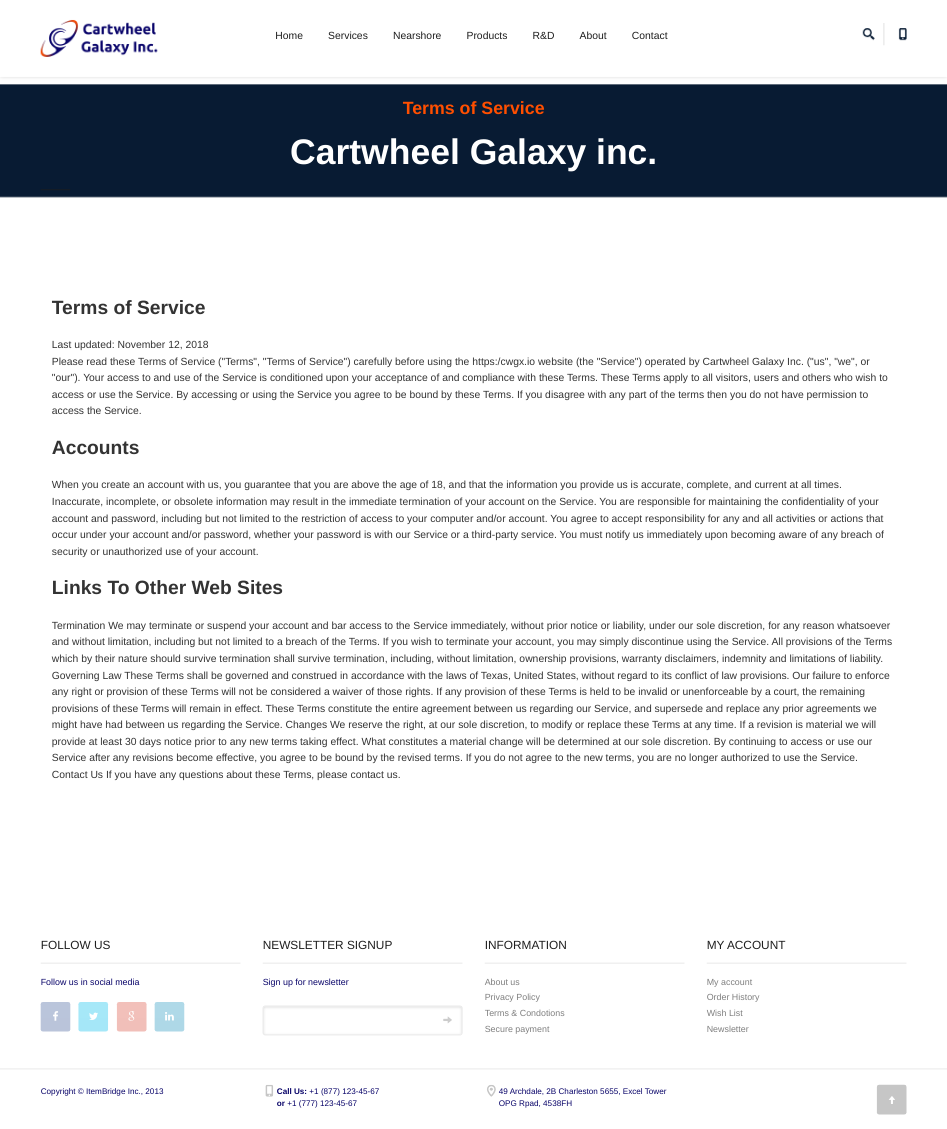
Repository: g-tecio/cwgx.io
Page: terms.html
The author's editor kept a record of every edit. The page is drawn from the files as they stood at one moment, then again after the next edit.
The browser window is 1280 px wide. The pictures show the whole page, at 74% of full size.

Above is the page before.

### terms.html
<!doctype html>
<html>
<head>
  <meta charset="utf-8">
  <title>Terms of Service</title>
  <meta name="keywords" content="HTML5 Template">
  <meta name="description" content="Progressive — Responsive Multipurpose HTML Template">
  <meta name="author" content="itembridge.com">
  <meta class="viewport" name="viewport" content="width=device-width, initial-scale=1.0">
  <meta http-equiv="X-UA-Compatible" content="IE=edge">

	<!-- Favicon -->
	<link rel="shortcut icon" href="img/favicon.png">

	<!-- Font -->
	<link rel='stylesheet' href='http://fonts.googleapis.com/css?family=Arimo:400,700,400italic,700italic'>

	<!-- Plugins CSS -->
	<link rel="stylesheet" href="css/bootstrap.css">
	<link rel="stylesheet" href="css/font-awesome.min.css">
	<link rel="stylesheet" href="css/jslider.css">
	<link rel="stylesheet" href="css/revslider/settings.css">
	<link rel="stylesheet" href="css/jquery.fancybox.css">
	<link rel="stylesheet" href="css/animate.css">
	<link rel="stylesheet" href="css/video-js.min.css">
	<link rel="stylesheet" href="css/morris.css">
	<link rel="stylesheet" href="css/royalslider/royalslider.css">
	<link rel="stylesheet" href="css/royalslider/skins/minimal-white/rs-minimal-white.css">
	<link rel="stylesheet" href="css/layerslider/css/layerslider.css">
	<link rel="stylesheet" href="css/ladda.min.css">
	<link rel="stylesheet" href="css/datepicker.css">
	<link rel="stylesheet" href="css/jquery.scrollbar.css">

	<!-- Theme CSS -->
	<link rel="stylesheet" href="css/style.css">

	<!-- Custom CSS -->
	<link rel="stylesheet" href="css/customizer/pages.css">
	<link rel="stylesheet" href="css/customizer/pages-pages-customizer.css">

	<!-- IE Styles-->
	<link rel='stylesheet' href="css/ie/ie.css">

	<!--[if lt IE 9]>
    <script src="https://oss.maxcdn.com/libs/html5shiv/3.7.0/html5shiv.js"></script>
    <script src="https://oss.maxcdn.com/libs/respond.js/1.4.2/respond.min.js"></script>
		<link rel='stylesheet' href="css/ie/ie8.css">
  <![endif]-->
</head>

<body class="fixed-header">
	<div class="page-box">
		<div class="page-box-content">

			<header class="header header-two">
				<div class="header-wrapper">
					<div class="container">
						<div class="row">
							<div class="col-xs-6 col-md-2 col-lg-3 logo-box">
								<div class="logo">
									<a href="index.html">
			    <img src="img/cwgx40.png" class="logo-img" alt="">
			</a>
								</div>
							</div>
							<!-- .logo-box -->
							<div class="col-xs-6 col-md-10 col-lg-9 right-box">
								<div class="right-box-wrapper">
									<div class="header-icons">
										<div class="search-header hidden-600">
											<a href="#">
				  <svg x="0" y="0" width="16px" height="16px" viewBox="0 0 16 16" enable-background="new 0 0 16 16" xml:space="preserve">
					<path d="M12.001,10l-0.5,0.5l-0.79-0.79c0.806-1.021,1.29-2.308,1.29-3.71c0-3.313-2.687-6-6-6C2.687,0,0,2.687,0,6
					s2.687,6,6,6c1.402,0,2.688-0.484,3.71-1.29l0.79,0.79l-0.5,0.5l4,4l2-2L12.001,10z M6,10c-2.206,0-4-1.794-4-4s1.794-4,4-4
					s4,1.794,4,4S8.206,10,6,10z"></path>
					<image src="img/png-icons/search-icon.png" alt="" width="16" height="16" style="vertical-align: top;">
				  </svg>
				</a>
										</div>
										<!-- .search-header

			  -->
										<div class="phone-header hidden-600">
											<a href="#">
				  <svg x="0" y="0" width="16px" height="16px" viewBox="0 0 16 16" enable-background="new 0 0 16 16" xml:space="preserve">
					<path d="M11.001,0H5C3.896,0,3,0.896,3,2c0,0.273,0,11.727,0,12c0,1.104,0.896,2,2,2h6c1.104,0,2-0.896,2-2
					c0-0.273,0-11.727,0-12C13.001,0.896,12.105,0,11.001,0z M8,15c-0.552,0-1-0.447-1-1s0.448-1,1-1s1,0.447,1,1S8.553,15,8,15z
					M11.001,12H5V2h6V12z"></path>
					<image src="img/png-icons/phone-icon.png" alt="" width="16" height="16" style="vertical-align: top;">
				  </svg>
				</a>
										</div>
										<!-- .phone-header -->
									</div>
									<!-- .header-icons -->

									<div class="primary">
										<div class="navbar navbar-default" role="navigation">
											<button type="button" class="navbar-toggle btn-navbar collapsed" data-toggle="collapse" data-target=".primary .navbar-collapse">
				  <span class="text">Menu</span>
				  <span class="icon-bar"></span>
				  <span class="icon-bar"></span>
				  <span class="icon-bar"></span>
				</button>
											<div class="primary">
												<nav class="collapse collapsing navbar-collapse">
													<ul class="nav navbar-nav navbar-center">
														<li class="parent item-primary item-bg">
															<a href="index_main.html">Home</a>
														</li>
														<li class="parent item-primary item-bg">
															<a href="services.html">Services</a>
														</li>
														<li class="parent item-primary item-bg">
															<a href="nearshore.html">Nearshore</a>
														</li>
														<li class="parent item-primary item-bg">
															<a href="products.html">Products</a>
														</li>
														<li class="parent item-primary item-bg">
															<a href="R&D.html">R&D</a>
														</li>
														<li class="parent item-primary item-bg">
															<a href="about-us.html">About</a>
														</li>
														<li class="parent item-primary item-bg">
															<a href="contact.html">Contact</a>
														</li>
													</ul>
												</nav>
											</div>
										</div>
										<!-- .primary -->
									</div>
								</div>

								<div class="phone-active col-sm-9 col-md-9">
									<a href="#" class="close"><span>close</span>×</a>
									<span class="title">Call Us</span> <strong>+1 (777) 123 45 67</strong>
								</div>
								<div class="search-active col-sm-9 col-md-9">
									<a href="#" class="close"><span>close</span>×</a>
									<form name="search-form" class="search-form">
										<input class="search-string form-control" type="search" placeholder="Search here" name="search-string">
										<button class="search-submit">
			  <svg x="0" y="0" width="16px" height="16px" viewBox="0 0 16 16" enable-background="new 0 0 16 16" xml:space="preserve">
				<path fill="#231F20" d="M12.001,10l-0.5,0.5l-0.79-0.79c0.806-1.021,1.29-2.308,1.29-3.71c0-3.313-2.687-6-6-6C2.687,0,0,2.687,0,6
				s2.687,6,6,6c1.402,0,2.688-0.484,3.71-1.29l0.79,0.79l-0.5,0.5l4,4l2-2L12.001,10z M6,10c-2.206,0-4-1.794-4-4s1.794-4,4-4
				s4,1.794,4,4S8.206,10,6,10z"></path>
				<image src="img/png-icons/search-icon.png" alt="" width="16" height="16" style="vertical-align: top;">
			  </svg>
			</button>
									</form>
								</div>
							</div>
							<!--.row -->
						</div>
					</div>
					<!-- .header-wrapper -->
			</header>
			<!-- .header -->

  <header class="page-header">
    <div class="container">
      <h1 class="title">Terms of Service</h1>
      <h2 class="subtitle font-style:bold">Cartwheel Galaxy inc.</h2>
    </div>
  </header>

 <section id="main">
  <div class="container">
    <div class="row">
      <article class="content col-sm-12 col-md-12">

		 <div class="col-sm-12 col-md-12 contact-info bottom-padding">
		  <h4>Terms of Service</h4>
Last updated: November 12, 2018
<p>
   Please read these Terms of Service ("Terms", "Terms of Service") carefully before using the https:/cwgx.io website (the "Service") operated by Cartwheel Galaxy Inc. ("us", "we", or "our").
Your access to and use of the Service is conditioned upon your acceptance of and compliance with these Terms. These Terms apply to all visitors, users and others who wish to access or use the Service.
By accessing or using the Service you agree to be bound by these Terms. If you disagree with any part of the terms then you do not have permission to access the Service.
</p>
<h4>Accounts</h4>
<p>
When you create an account with us, you guarantee that you are above the age of 18, and that the information you provide us is accurate, complete, and current at all times. Inaccurate, incomplete, or obsolete information may result in the immediate termination of your account on the Service.
You are responsible for maintaining the confidentiality of your account and password, including but not limited to the restriction of access to your computer and/or account. You agree to accept responsibility for any and all activities or actions that occur under your account and/or password, whether your password is with our Service or a third-party service. You must notify us immediately upon becoming aware of any breach of security or unauthorized use of your account.
</p>
<h4>Links To Other Web Sites</h4>
<p>

</p>
<h4></h4>
<p>
</p>
<p>

</p>
<p>

</p>
Termination
We may terminate or suspend your account and bar access to the Service immediately, without prior notice or liability, under our sole discretion, for any reason whatsoever and without limitation, including but not limited to a breach of the Terms.
If you wish to terminate your account, you may simply discontinue using the Service.
All provisions of the Terms which by their nature should survive termination shall survive termination, including, without limitation, ownership provisions, warranty disclaimers, indemnity and limitations of liability.
Governing Law
These Terms shall be governed and construed in accordance with the laws of Texas, United States, without regard to its conflict of law provisions.
Our failure to enforce any right or provision of these Terms will not be considered a waiver of those rights. If any provision of these Terms is held to be invalid or unenforceable by a court, the remaining provisions of these Terms will remain in effect. These Terms constitute the entire agreement between us regarding our Service, and supersede and replace any prior agreements we might have had between us regarding the Service.
Changes
We reserve the right, at our sole discretion, to modify or replace these Terms at any time. If a revision is material we will provide at least 30 days notice prior to any new terms taking effect. What constitutes a material change will be determined at our sole discretion.
By continuing to access or use our Service after any revisions become effective, you agree to be bound by the revised terms. If you do not agree to the new terms, you are no longer authorized to use the Service.
Contact Us
If you have any questions about these Terms, please contact us.

		</div>

      </article><!-- .content -->
    </div>
  </div><!-- .container -->
</section><!-- #main -->

</div><!-- .page-box-content -->
</div><!-- .page-box -->

<footer id="footer">
  <div class="footer-top">
    <div class="container">
      <div class="row sidebar">
		<aside class="col-xs-12 col-sm-6 col-md-3 widget social">
		  <div class="title-block">
			<h3 class="title">Follow Us</h3>
		  </div>
          <p>Follow us in social media</p>
          <div class="social-list">
			<a class="icon rounded icon-facebook" href="#"><i class="fa fa-facebook"></i></a>
			<a class="icon rounded icon-twitter" href="#"><i class="fa fa-twitter"></i></a>
			<a class="icon rounded icon-google" href="#"><i class="fa fa-google"></i></a>
			<a class="icon rounded icon-linkedin" href="#"><i class="fa fa-linkedin"></i></a>
		  </div>
		  <div class="clearfix"></div>
        </aside>

		<aside class="col-xs-12 col-sm-6 col-md-3 widget newsletter">
		  <div class="title-block">
			<h3 class="title">Newsletter Signup</h3>
		  </div>
		  <div>
			<p>Sign up for newsletter</p>
			<div class="clearfix"></div>
			<form class="subscribe-form" method="post" action="php/subscribe.php">
			  <input class="form-control email" type="email" name="subscribe">
			  <button class="submit">
				<span class="glyphicon glyphicon-arrow-right"></span>
			  </button>
			  <span class="form-message" style="display: none;"></span>
			</form>
		  </div>
		</aside><!-- .newsletter -->

		<aside class="col-xs-12 col-sm-6 col-md-3 widget links">
		  <div class="title-block">
			<h3 class="title">Information</h3>
		  </div>
		  <nav>
			<ul>
			  <li><a href="#">About us</a></li>
			  <li><a href="#">Privacy Policy</a></li>
			  <li><a href="#">Terms &amp; Condotions</a></li>
			  <li><a href="#">Secure payment</a></li>
			</ul>
		  </nav>
        </aside>

		<aside class="col-xs-12 col-sm-6 col-md-3 widget links">
		  <div class="title-block">
			<h3 class="title">My account</h3>
		  </div>
		  <nav>
			<ul>
			  <li><a href="#">My account</a></li>
			  <li><a href="#">Order History</a></li>
			  <li><a href="#">Wish List</a></li>
			  <li><a href="#">Newsletter</a></li>
			</ul>
		  </nav>
        </aside>
      </div>
    </div>
  </div><!-- .footer-top -->
  <div class="footer-bottom">
    <div class="container">
      <div class="row">
        <div class="copyright col-xs-12 col-sm-3 col-md-3">
		  Copyright © ItemBridge Inc., 2013
		</div>

        <div class="phone col-xs-6 col-sm-3 col-md-3">
          <div class="footer-icon">
			<svg x="0" y="0" width="16px" height="16px" viewBox="0 0 16 16" enable-background="new 0 0 16 16" xml:space="preserve">
			  <path fill="#c6c6c6" d="M11.001,0H5C3.896,0,3,0.896,3,2c0,0.273,0,11.727,0,12c0,1.104,0.896,2,2,2h6c1.104,0,2-0.896,2-2
			   c0-0.273,0-11.727,0-12C13.001,0.896,12.105,0,11.001,0z M8,15c-0.552,0-1-0.447-1-1s0.448-1,1-1s1,0.447,1,1S8.553,15,8,15z
				M11.001,12H5V2h6V12z"></path>
			</svg>
		  </div>
          <strong class="title">Call Us:</strong> +1 (877) 123-45-67 <br>
          <strong>or</strong> +1 (777) 123-45-67
        </div>

        <div class="address col-xs-6 col-sm-3 col-md-3">
          <div class="footer-icon">
			<svg x="0" y="0" width="16px" height="16px" viewBox="0 0 16 16" enable-background="new 0 0 16 16" xml:space="preserve">
			  <g>
				<g>
				  <path fill="#c6c6c6" d="M8,16c-0.256,0-0.512-0.098-0.707-0.293C7.077,15.491,2,10.364,2,6c0-3.309,2.691-6,6-6
					c3.309,0,6,2.691,6,6c0,4.364-5.077,9.491-5.293,9.707C8.512,15.902,8.256,16,8,16z M8,2C5.795,2,4,3.794,4,6
					c0,2.496,2.459,5.799,4,7.536c1.541-1.737,4-5.04,4-7.536C12.001,3.794,10.206,2,8,2z"></path>
				</g>
				<g>
				  <circle fill="#c6c6c6" cx="8.001" cy="6" r="2"></circle>
				</g>
			  </g>
			</svg>
		  </div>
          49 Archdale, 2B Charleston 5655, Excel Tower<br> OPG Rpad, 4538FH
        </div>

        <div class="col-xs-12 col-sm-3 col-md-3">
          <a href="#" class="up">
			<span class="glyphicon glyphicon-arrow-up"></span>
		  </a>
        </div>
      </div>
    </div>
  </div><!-- .footer-bottom -->
</footer>
<div class="clearfix"></div>

<!--[if (!IE)|(gt IE 8)]><!-->
  <script src="js/jquery-3.0.0.min.js"></script>
<!--<![endif]-->

<!--[if lte IE 8]>
  <script src="js/jquery-1.9.1.min.js"></script>
<![endif]-->
<script src="js/bootstrap.min.js"></script>
<script src="js/price-regulator/jshashtable-2.1_src.js"></script>
<script src="js/price-regulator/jquery.numberformatter-1.2.3.js"></script>
<script src="js/price-regulator/tmpl.js"></script>
<script src="js/price-regulator/jquery.dependClass-0.1.js"></script>
<script src="js/price-regulator/draggable-0.1.js"></script>
<script src="js/price-regulator/jquery.slider.js"></script>
<script src="js/jquery.carouFredSel-6.2.1-packed.js"></script>
<script src="js/jquery.touchwipe.min.js"></script>
<script src="js/jquery.elevateZoom-3.0.8.min.js"></script>
<script src="js/jquery.imagesloaded.min.js"></script>
<script src="js/jquery.appear.js"></script>
<script src="js/jquery.sparkline.min.js"></script>
<script src="js/jquery.easypiechart.min.js"></script>
<script src="js/jquery.easing.1.3.js"></script>
<script src="js/jquery.fancybox.pack.js"></script>
<script src="js/isotope.pkgd.min.js"></script>
<script src="js/jquery.knob.js"></script>
<script src="js/jquery.selectBox.min.js"></script>
<script src="js/jquery.royalslider.min.js"></script>
<script src="js/jquery.tubular.1.0.js"></script>
<script src="js/SmoothScroll.js"></script>
<script src="js/country.js"></script>
<script src="js/spin.min.js"></script>
<script src="js/ladda.min.js"></script>
<script src="js/masonry.pkgd.min.js"></script>
<script src="js/morris.min.js"></script>
<script src="js/raphael.min.js"></script>
<script src="js/video.js"></script>
<script src="js/pixastic.custom.js"></script>
<script src="js/livicons-1.4.min.js"></script>
<script src="js/layerslider/greensock.js"></script>
<script src="js/layerslider/layerslider.transitions.js"></script>
<script src="js/layerslider/layerslider.kreaturamedia.jquery.js"></script>
<script src="js/revolution/jquery.themepunch.tools.min.js"></script>
<script src="js/revolution/jquery.themepunch.revolution.min.js"></script>
<!-- SLIDER REVOLUTION 5.0 EXTENSIONS
	(Load Extensions only on Local File Systems !
	The following part can be removed on Server for On Demand Loading) -->
  <script src="js/revolution/extensions/revolution.extension.actions.min.js"></script>
  <script src="js/revolution/extensions/revolution.extension.carousel.min.js"></script>
  <script src="js/revolution/extensions/revolution.extension.kenburn.min.js"></script>
  <script src="js/revolution/extensions/revolution.extension.layeranimation.min.js"></script>
  <script src="js/revolution/extensions/revolution.extension.migration.min.js"></script>
  <script src="js/revolution/extensions/revolution.extension.navigation.min.js"></script>
  <script src="js/revolution/extensions/revolution.extension.parallax.min.js"></script>
  <script src="js/revolution/extensions/revolution.extension.slideanims.min.js"></script>
  <script src="js/revolution/extensions/revolution.extension.video.min.js"></script>
<script src="js/bootstrapValidator.min.js"></script>
<script src="js/bootstrap-datepicker.js"></script>
<script src="js/jplayer/jquery.jplayer.min.js"></script>
<script src="js/jplayer/jplayer.playlist.min.js"></script>
<script src="js/jquery.scrollbar.min.js"></script>
<script src="js/main.js"></script>

</body>
</html>

### css/jslider.css

  .jslider .jslider-bg i,
  .jslider .jslider-pointer { background: url(../img/jslider.png) no-repeat 0 0; }

  .jslider { display: block; width: 100%; height: 1em; position: relative; top: 0.6em; font-family: Arial, sans-serif; }
  .jslider table { width: 100%; border-collapse: collapse; border: 0; }
  .jslider td, .jslider th { padding: 0; vertical-align: top; text-align: left; border: 0; }

  .jslider table,
  .jslider table tr,
  .jslider table tr td { width: 100%; vertical-align: top; }

  .jslider .jslider-bg { position: relative; }
  .jslider .jslider-bg i { height: 5px; position: absolute; font-size: 0; top: 0; }
  .jslider .jslider-bg .l { width: 10%; background-position: 0 0; left: 0; }
  .jslider .jslider-bg .f { width: 80%; left: 10%; background-repeat: repeat-x; background-position: 0 -20px; }
  .jslider .jslider-bg .r { width: 10%; left: 90%; background-position: right 0; }
  .jslider .jslider-bg .v { position: absolute; width: 60%; left: 20%; top: 0; height: 5px; background-repeat: repeat-x; background-position: 0 -40px; }

  .jslider .jslider-pointer { width: 13px; height: 15px; background-position: 0 -60px; position: absolute; left: 20%; top: -4px; margin-left: -6px; cursor: pointer; cursor: hand; }
  .jslider .jslider-pointer-hover { background-position: -20px -60px; }
  .jslider .jslider-pointer-to { left: 80%; }

  .jslider .jslider-label { font-size: 9px; line-height: 12px; color: black; opacity: 0.4; white-space: nowrap; padding: 0px 2px; position: absolute; top: -18px; left: 0px; }
  .jslider .jslider-label-to { left: auto; right: 0; }

  .jslider .jslider-value { font-size: 9px; white-space: nowrap; padding: 1px 2px 0; position: absolute; top: -19px; left: 20%; background: white; line-height: 12px; -moz-border-radius: 2px; -webkit-border-radius: 2px; -o-border-radius: 2px; border-radius: 2px; }
  .jslider .jslider-value-to { left: 80%; }

  .jslider .jslider-label small,
  .jslider .jslider-value small { position: relative; top: -0.4em; }

  .jslider .jslider-scale { position: relative; top: 9px; }
  .jslider .jslider-scale span { position: absolute; height: 5px; border-left: 1px solid #999; font-size: 0; }
  .jslider .jslider-scale ins { font-size: 9px; text-decoration: none; position: absolute; left: 0px; top: 5px; color: #999; }

  .jslider-single .jslider-pointer-to,
  .jslider-single .jslider-value-to,
  .jslider-single .jslider-bg .v,
  .jslider-limitless .jslider-label { display: none; }

### css/ie/ie.css
@charset "utf-8";

.ie .rotation .default,
.ie .rotation .product-hover {
  backface-visibility: hidden;
}
.ie .rotation .default {
  z-index: 24;
}
.progress[data-appear-progress-animation] .progress-bar {
  animation-duration: 8s;
}

Loaded but not shown: css/bootstrap.css (library); css/font-awesome.min.css (library); css/jquery.fancybox.css (library); css/animate.css (library); css/video-js.min.css (library); css/morris.css (common file); css/ladda.min.css (library); css/jquery.scrollbar.css (library); css/style.css (library); js/jquery-3.0.0.min.js (library); js/bootstrap.min.js (library); js/price-regulator/jquery.numberformatter-1.2.3.js (library); js/price-regulator/jquery.dependClass-0.1.js (common file); js/price-regulator/jquery.slider.js (library); js/jquery.carouFredSel-6.2.1-packed.js (library); js/jquery.touchwipe.min.js (common file); js/jquery.elevateZoom-3.0.8.min.js (library); js/jquery.imagesloaded.min.js (common file); js/jquery.appear.js (library); js/jquery.sparkline.min.js (library); js/jquery.easypiechart.min.js (library); js/jquery.easing.1.3.js (library); js/jquery.fancybox.pack.js (library); js/isotope.pkgd.min.js (library); js/jquery.knob.js (library); js/jquery.selectBox.min.js (library); js/jquery.royalslider.min.js (library); js/jquery.tubular.1.0.js (library); js/spin.min.js (library); js/ladda.min.js (common file); js/masonry.pkgd.min.js (library); js/morris.min.js (library); js/raphael.min.js (library); js/video.js (library); js/livicons-1.4.min.js (library); js/layerslider/greensock.js (library); js/layerslider/layerslider.transitions.js (library); js/layerslider/layerslider.kreaturamedia.jquery.js (library); js/revolution/jquery.themepunch.tools.min.js (library); js/revolution/jquery.themepunch.revolution.min.js (library); js/revolution/extensions/revolution.extension.actions.min.js (library); js/revolution/extensions/revolution.extension.carousel.min.js (library); js/revolution/extensions/revolution.extension.kenburn.min.js (library); js/revolution/extensions/revolution.extension.layeranimation.min.js (library); js/revolution/extensions/revolution.extension.migration.min.js (library); js/revolution/extensions/revolution.extension.navigation.min.js (library); js/revolution/extensions/revolution.extension.parallax.min.js (library); js/revolution/extensions/revolution.extension.slideanims.min.js (library); js/revolution/extensions/revolution.extension.video.min.js (library); js/bootstrapValidator.min.js (library); js/bootstrap-datepicker.js (library); js/jplayer/jquery.jplayer.min.js (library); js/jplayer/jplayer.playlist.min.js (library); js/jquery.scrollbar.min.js (library); js/main.js (2432 lines, source omitted); js/SmoothScroll.js (535 lines, source omitted); js/pixastic.custom.js (73 lines, source omitted); js/price-regulator/jshashtable-2.1_src.js (370 lines, source omitted); js/country.js (230 lines, source omitted); js/price-regulator/draggable-0.1.js (196 lines, source omitted); js/price-regulator/tmpl.js (35 lines, source omitted); css/revslider/settings.css (1131 lines, source omitted); css/customizer/pages.css (255 lines, source omitted); css/datepicker.css (478 lines, source omitted); css/layerslider/css/layerslider.css (895 lines, source omitted); css/royalslider/skins/minimal-white/rs-minimal-white.css (449 lines, source omitted); css/customizer/pages-pages-customizer.css (203 lines, source omitted); css/royalslider/royalslider.css (244 lines, source omitted)

After the next edit:
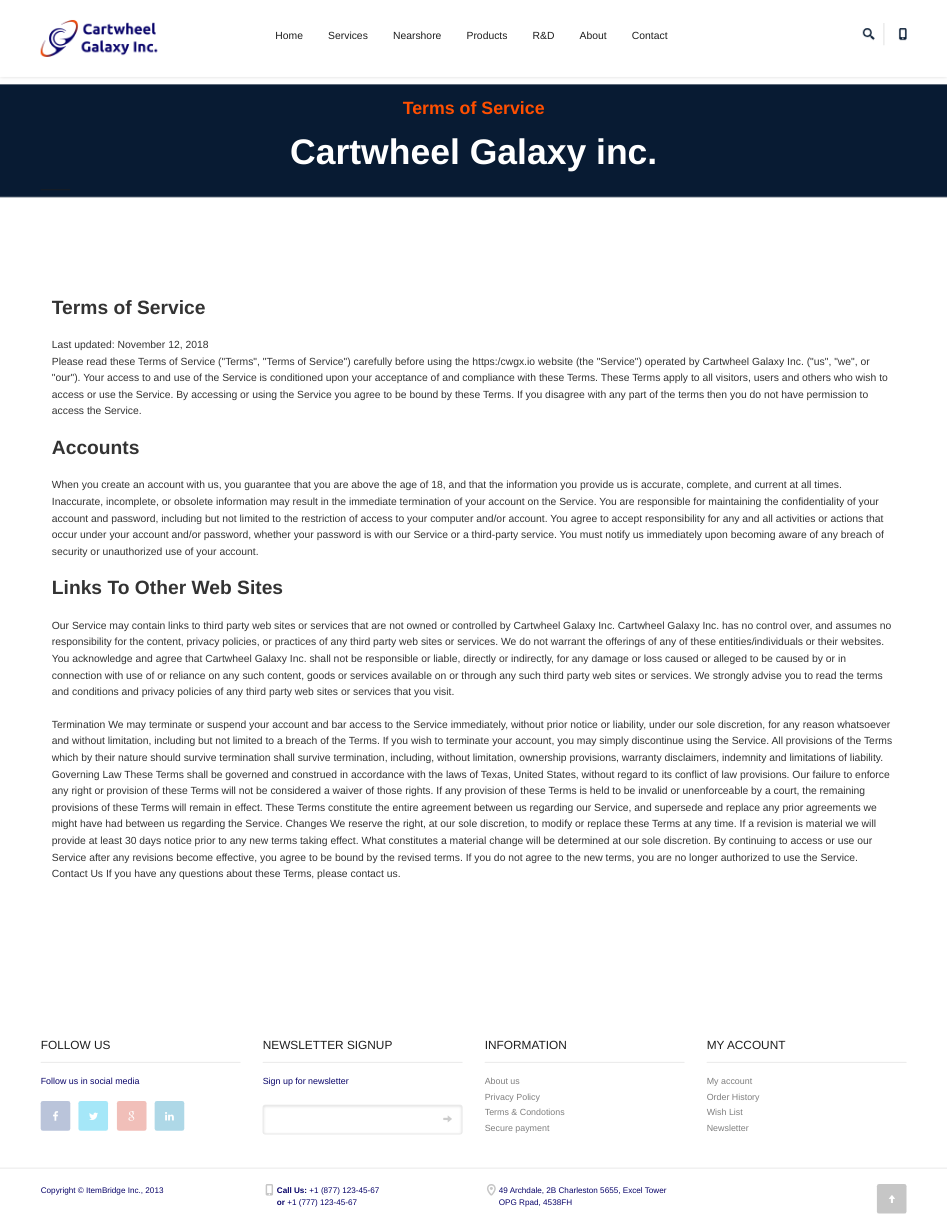
The edit:
--- a/terms.html
+++ b/terms.html
@@ -187,7 +187,10 @@
 </p>
 <h4>Links To Other Web Sites</h4>
 <p>
-
+Our Service may contain links to third party web sites or services that are not owned or controlled by Cartwheel Galaxy Inc.
+Cartwheel Galaxy Inc. has no control over, and assumes no responsibility for the content, privacy policies, or practices of any third party web sites or services. We do not warrant the offerings of any of these entities/individuals or their websites.
+You acknowledge and agree that Cartwheel Galaxy Inc. shall not be responsible or liable, directly or indirectly, for any damage or loss caused or alleged to be caused by or in connection with use of or reliance on any such content, goods or services available on or through any such third party web sites or services.
+We strongly advise you to read the terms and conditions and privacy policies of any third party web sites or services that you visit.
 </p>
 <h4></h4>
 <p>
